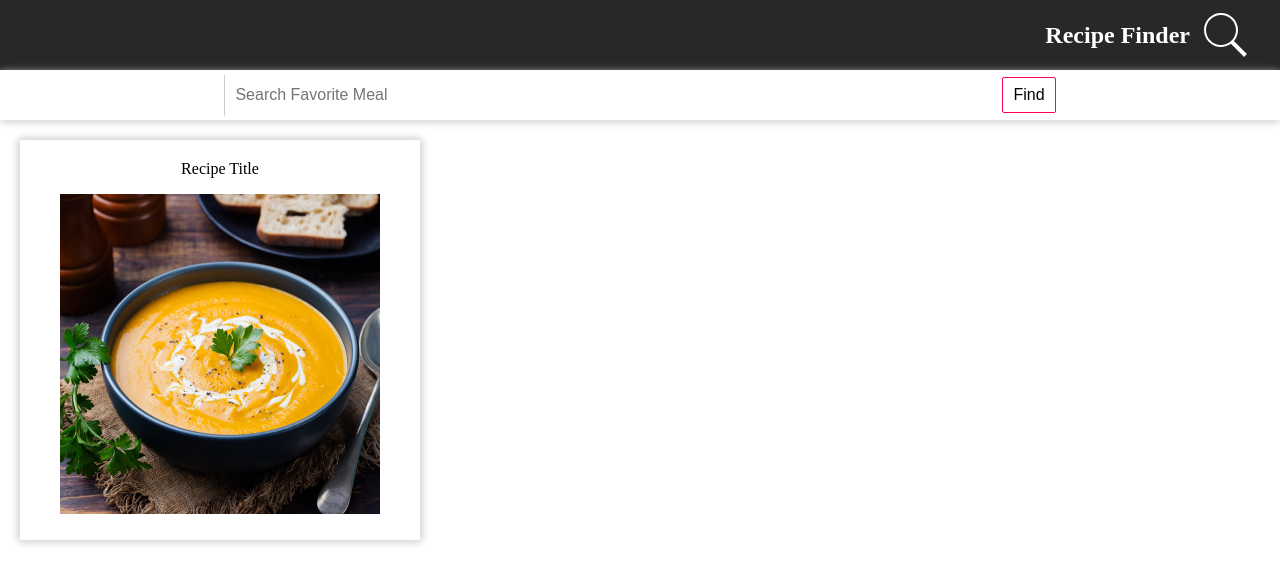
Repository: burntaftermint/recipes
Page: index.html
The author's editor kept a copy of each file at every save. The page is drawn from the files as they stood at one save, then again after the next save.
The browser window is 1280 px wide. The pictures show the whole page.

Above is the page before, as saved 2023-11-06 04:53:12.

After the next save:
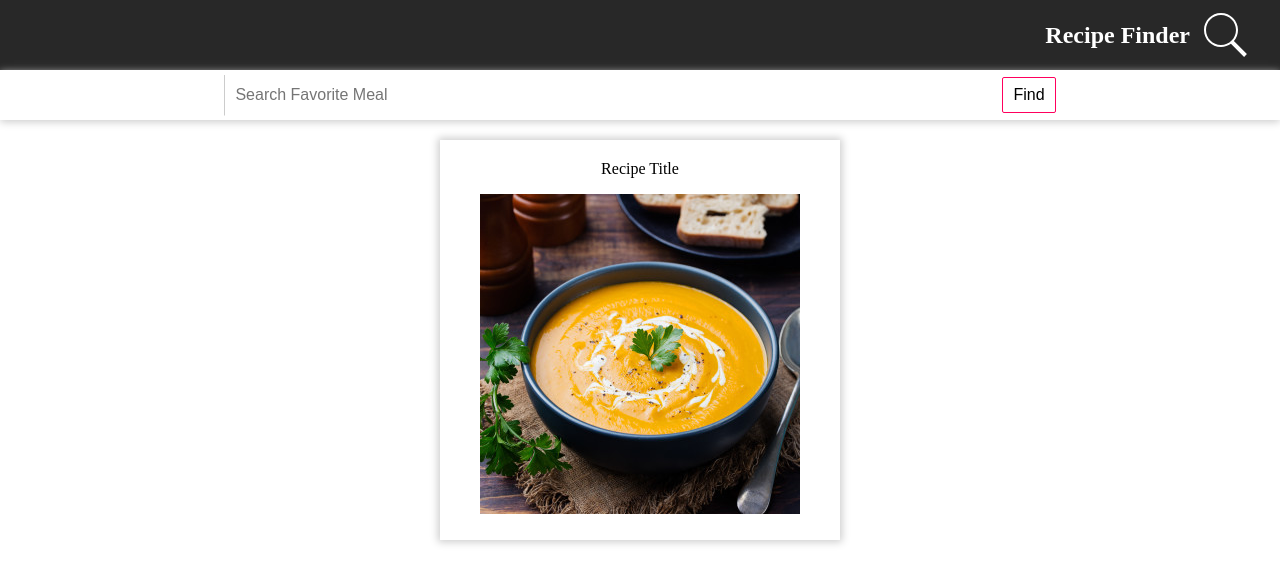
Saved 68 s later.
--- a/index.html
+++ b/index.html
@@ -16,7 +16,7 @@
             <input type="text" placeholder="Search Favorite Meal" autofocus>
             <button class="btn">Find</button>
         </div>
-        <div id="recipe-container"></div>
+        <div id="recipe-container">
             <div class="recipe">
                 <div class="recipe-title">Recipe Title</div>
                 <div class="recipe-imge">
@@ -34,6 +34,7 @@
             </ul>
         </div>
     </div>
+</div>
     </section>
 </body>
 </html>
